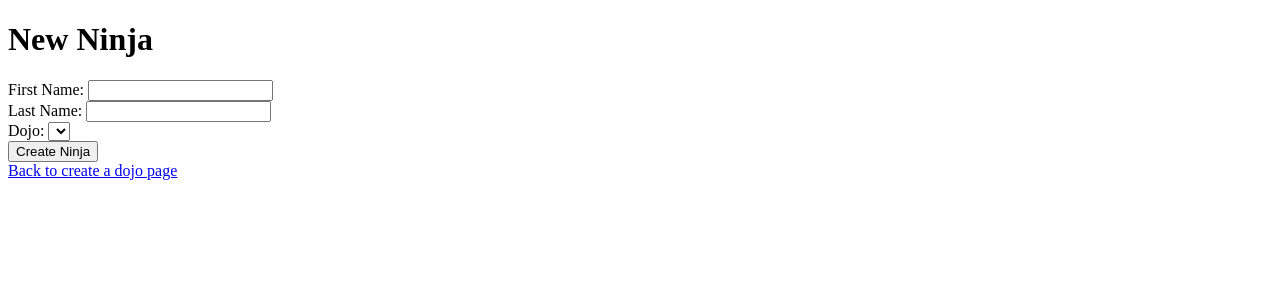
Repository: Java-October-2020/Lance-S-Assignments
Page: http://localhost/dojosAndNinjas/WEB-INF/newNinja.jsp
An editor plug-in stored every save of this project. The page is shown before and after the next save, followed by the edit.
The browser window is 1280 px wide. The pictures show the whole page.
The page is served by Tomcat 9. Nobody is signed in. Other server files are loaded and not shown. The template is opened directly, without the code that normally fills it, so the values that code supplies are empty.

Above is the page before, as saved 2020-10-31 02:48:12.

### dojosAndNinjas/src/main/webapp/WEB-INF/newNinja.jsp
<%@ page language="java" contentType="text/html; charset=UTF-8" pageEncoding="UTF-8"%>
<%@ taglib prefix="c" uri="http://java.sun.com/jsp/jstl/core" %>
<%@ taglib prefix="form" uri="http://www.springframework.org/tags/form" %>
<!DOCTYPE html>
<html>
<head>
	<meta charset="ISO-8859-1">
	<title>Create new Ninja</title>
</head>
<body>
	<div class="container">
		<div id="form">
				<h1>New Ninja</h1>
				<form:form action="/ninjas/new" method="POST" modelAttribute="ninja">
				<div class="form-group">
					<form:label path="firstName">First Name:
					<form:errors path="firstName"/>
					<form:input path="firstName"/>
				</form:label>
				</div>
					<div class="form-group">
					<form:label path="lastName">Last Name:
					<form:errors path="lastName"/>
					<form:input path="lastName"/>
				</form:label>
				</div>
				<div class="form-group">
					<form:label path="dojo">Dojo:
					<form:errors path="dojo"/>
					<form:select path="dojo">
						<c:forEach items="${dojos}" var="dojo">
							<form:option value="${dojo.id}">${dojo.name}</form:option>
						</c:forEach>
					</form:select>
					</form:label>
				</div>
					<button>Create Ninja</button>
				</form:form>

		</div>
		<div class="contents">
			<a href="/dojo/new">Back to create a dojo page</a>
		</div>
</body>
</html>

Loaded but not shown: dojosAndNinjas/src/main/resources/static/css/stylesheet.css (common file)

After the next save:
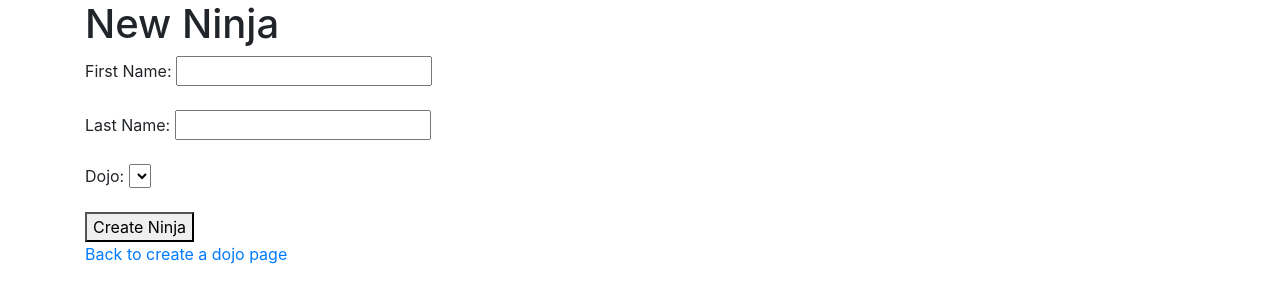
Saved 52 s later.
--- a/dojosAndNinjas/src/main/webapp/WEB-INF/newNinja.jsp
+++ b/dojosAndNinjas/src/main/webapp/WEB-INF/newNinja.jsp
@@ -4,6 +4,13 @@
 <!DOCTYPE html>
 <html>
 <head>
+
+	<link href="https://stackpath.bootstrapcdn.com/bootstrap/4.3.1/css/bootstrap.min.css"
+		rel="stylesheet"
+		integrity="sha384-ggOyR0iXCbMQv3Xipma34MD+dH/1fQ784/j6cY/iJTQUOhcWr7x9JvoRxT2MZw1T"
+		crossorigin="anonymous">
+
+	<link href="/css/stylesheet.css" rel="stylesheet" type="text/css"/>
 	<meta charset="ISO-8859-1">
 	<title>Create new Ninja</title>
 </head>
